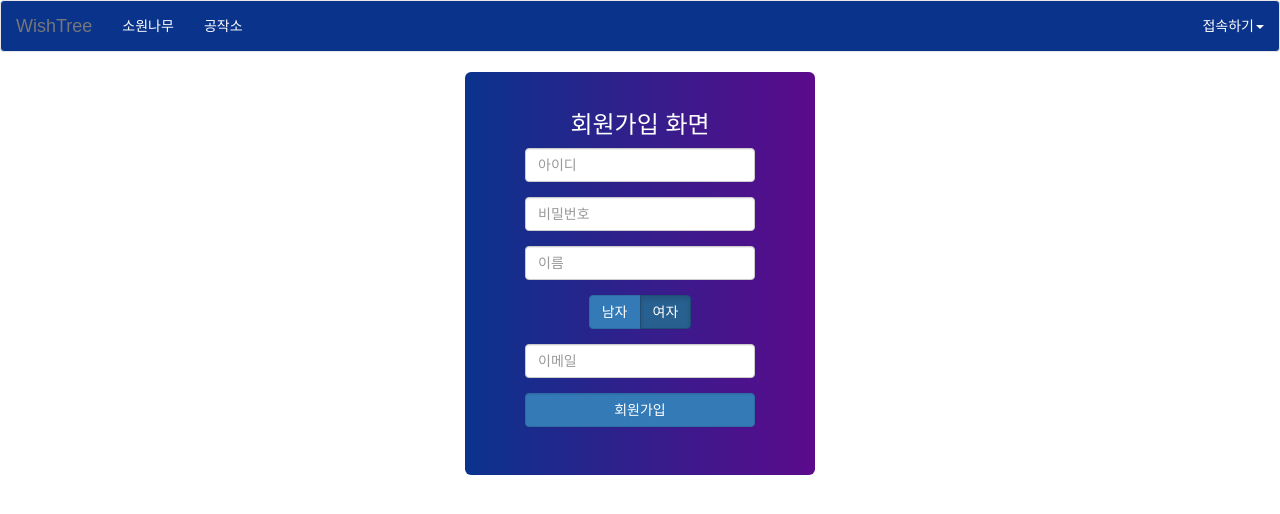
Repository: jongah/WishTree
Page: http://localhost/text/join.jsp
The author's editor kept a copy of each file at every save. The page is drawn from the files as they stood at one save, then again after the next save.
The browser window is 1280 px wide. The pictures show the whole page.
Some web fonts or font styles are not loaded; a fallback is used. Some web libraries are served in a nearby version. The page is served by Tomcat 9. Other server files are loaded and not shown.

Above is the page before, as saved 2021-05-05 15:04:17.

### text/WebContent/join.jsp
<%@ page language="java" contentType="text/html; charset=UTF-8"
	pageEncoding="UTF-8"%>
<!DOCTYPE html>
<html>
<head>
<meta charset="UTF-8">
<meta  name = "viewport" content = "width=device-width" initial-scale = "1"/>
<link rel = "stylesheet" href = "css/bootstrap.css">
<link rel="stylesheet" href = "css/custom.css">
<title>소원나무</title>
</head>
<body>
	<nav class="navbar navbar-default">
		<div class="navbar-header">
			<button type="button" class="navbar-toggle collapsed"
				data-toggle="collapse" data-target="#bs-exanple-navbar-collapse-1"
				aria-expanded="false">
				<span class="icon-bar"></span> <span class="icon-bar"></span> <span
					class="icon-bar"></span>
			</button>
			<a href="main.jsp" class="navbar-brand">WishTree</a>
		</div>
		<div class="collapse navbar-collapse"
			id="bs-exanple-navbar-collapse-1">
			<ul class="nav navbar-nav">
				<li><a href="main.jsp">소원나무</a></li>
				<li><a href="bbs.jsp">공작소</a></li>
			</ul>
			<ul class="nav navbar-nav navbar-right">
				<li class="dropdown"><a href=".jsp" class="dropdown-toggle"
					data-toggle="dropdown" role="button" aria-haspopup="true"
					aria-expanded="false">접속하기<div class="caret"></div>
				</a></li>
				<ul class="dropdown-menu">
					<li class="active"><a href="login.jsp">로그인</a></li>
					<li><a href="join.jsp">회원가입</a></li>
				</ul>
			</ul>
		</div>
	</nav>
	<div class="container">
		<div class="col-lg-4"></div>
		<div class="col-lg-4">
			<div class = "jumbotron" style = "padding-top : 20px">
				<form action = "joinAction.jsp" method = "post">
					<h3 style = "text-align: center;">회원가입 화면</h3>
					<div class = "form-group">
						<input type = "text" class = "form-control" placeholder = "아이디" name = "userID" maxlength = "20"/>
					</div>
					<div class = "form-group">
						<input type = "password" class = "form-control" placeholder = "비밀번호" name = "userPassword" maxlength = "20"/>
					</div>
					<div class = "form-group">
						<input type = "text" class = "form-control" placeholder = "이름" name = "userName" maxlength = "20"/>
					</div>
					<div class = "form-group" style = "text-align: center;">
						<div class = "btn-group" data-toggle = "buttons">
							<label class = "btn btn-primary">
								<input type = "radio" name = "userGender" autocomplete = "off" value = "남자">남자
							</label>
							<label class = "btn btn-primary active">
								<input type = "radio" name = "userGender" autocomplete = "off" value = "여자" checked>여자
							</label>
						</div>
					</div>
					<div class = "form-group">
						<input type = "email" class = "form-control" placeholder = "이메일" name = "userEmail" maxlength = "30"/>
					</div>
					<input type = "submit" class = "btn btn-primary form-control" value = "회원가입"/>
				</form>
			</div>
		</div>
	</div>
	<script src = "https://code.jquery.com/jquery-3.1.1.min.js"></script>
	<script src = "js/bootstrap.js"></script>
</body>
</html>

### text/WebContent/css/custom.css
@import url('https://fonts.googleapis.com/css2?family=Nanum+Gothic&display=swap');
@import url(//fonts.googleapis.com/earlyaccess/hanna.css);

*{
	font-family : 'Nanum Gothic', sans-serif;
}
h1{
	font-family : 'Hanna', sans-serif;
}
.jumbotron{
	color:white;
	background: linear-gradient(90deg, #0a338c, #5c0a8c);
}
.navbar-default{
	background-color:#0a338c;
}
.navbar .nav > li > a {
	color:white;
}
.navbar .navbar-header{
	color:white;
}

Loaded but not shown: text/WebContent/css/bootstrap.css (library); text/WebContent/js/bootstrap.js (library)

After the next save:
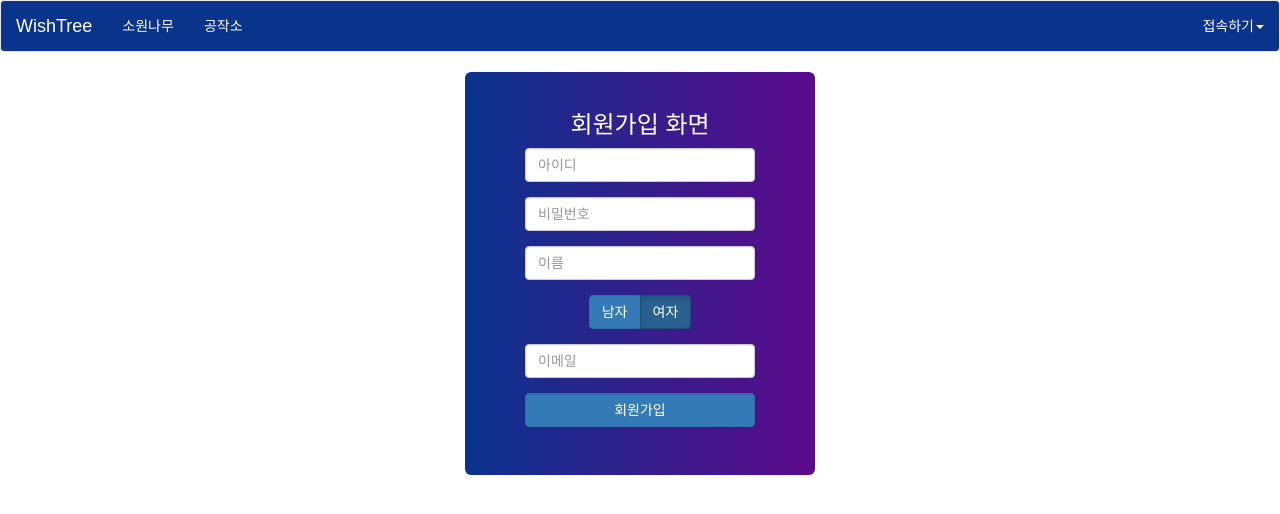
Saved 21 s later.
--- a/text/WebContent/css/custom.css
+++ b/text/WebContent/css/custom.css
@@ -17,6 +17,6 @@ h1{
 .navbar .nav > li > a {
 	color:white;
 }
-.navbar .navbar-header{
+.navbar .navbar-header .navbar-brand{
 	color:white;
 }
